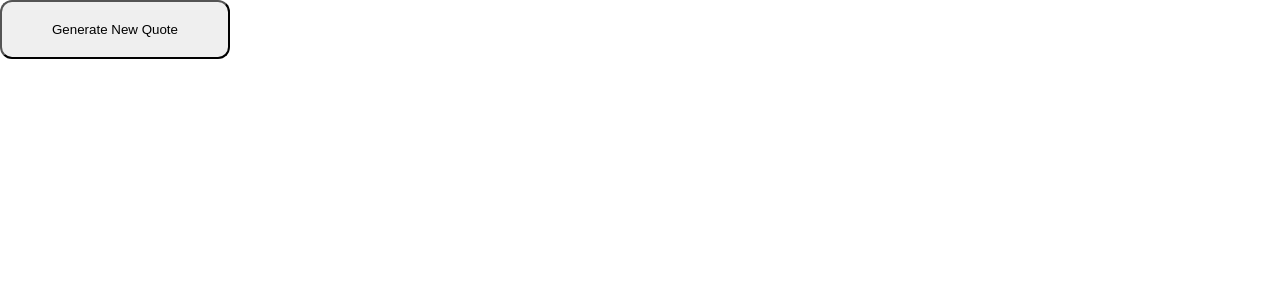
Repository: cakuang1/kanyequotes
Page: /
The author's editor kept a copy of each file at every save. The page is drawn from the files as they stood at one save, then again after the next save.
The browser window is 1280 px wide. The pictures show the whole page.
The page's requests for data from a server got no answer. The project was rebuilt for these pictures with package versions that can differ from the ones it lists, and the page was loaded fresh each time. No one was signed in, and anything a server would have sent is missing.

Above is the page before, as saved 2022-07-17 19:42:54.

After the next save:
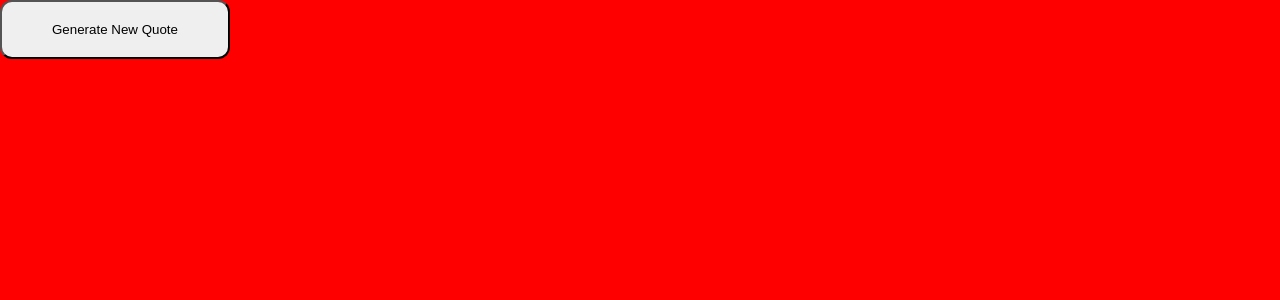
Saved 4 s later.
--- a/src/index.css
+++ b/src/index.css
@@ -4,7 +4,7 @@
     padding: 0;
 }
 
-.body {
+body {
 
     background-color: red;
 }
